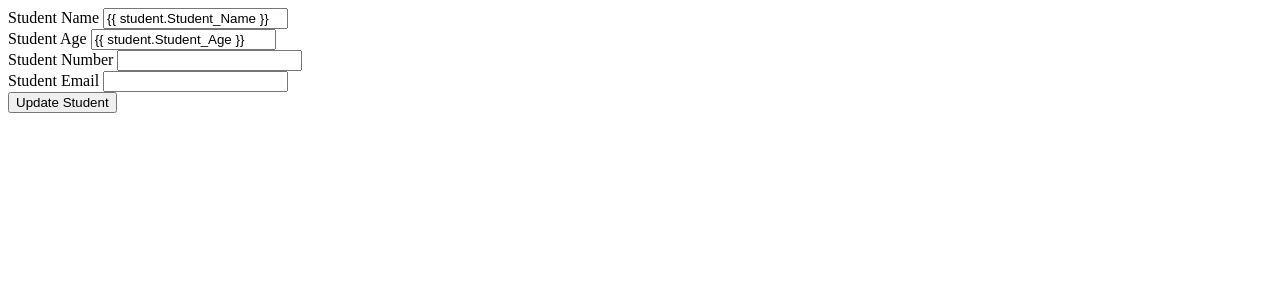
Repository: V-Neelagandan/Student-Mangement-Flask
Page: Templates/edit_form.html
These files come from the project's save history. The page is drawn as it stood at one moment and after a run of saves; the edit follows.
The browser window is 1280 px wide. The pictures show the whole page.

Above is the page before, as saved 2025-06-04 22:25:49.

### Templates/edit_form.html
<!DOCTYPE html>
<html lang="en">
<head>
    <meta charset="UTF-8">
    <meta name="viewport" content="width=device-width, initial-scale=1.0">
    <title>Update Data</title>
</head>
<body>
  <form method="POST">
  <div>
        <label for="student_name">Student Name</label>
        <input type="text" id="student_name" name="Student_Name" value="{{ student.Student_Name }}" class="form-control" />
      </div>
      <div>
        <label for="student_age">Student Age</label>
        <input type="text" id="student_age" name="Student_Age" value="{{ student.Student_Age }}" class="form-control" />
      </div>
      <div>
        <label for="student_number">Student Number</label>
        <input type="text" id="student_number" name="Student_Contact_Number" class="form-control" />
      </div>
      <div>
        <label for="student_email">Student Email</label>
        <input type="text" id="student_email" name="Student_Contact_Email" class="form-control" />
      </div>
    </form>
  <button type="submit">Update Student</button>
</form>

</body>
</html>

After the next 3 saves:
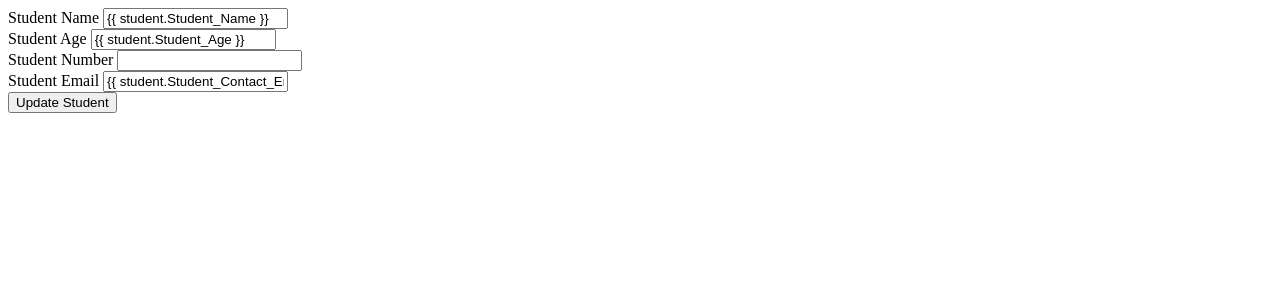
The 3 saves are shown as one change because they came seconds apart.
The last was saved 24 s later.
--- a/Templates/edit_form.html
+++ b/Templates/edit_form.html
@@ -21,7 +21,7 @@
       </div>
       <div>
         <label for="student_email">Student Email</label>
-        <input type="text" id="student_email" name="Student_Contact_Email" class="form-control" />
+        <input type="text" id="student_email" name="Student_Contact_Email"  value="{{ student.Student_Contact_Email }}" class="form-control" />
       </div>
     </form>
   <button type="submit">Update Student</button>
